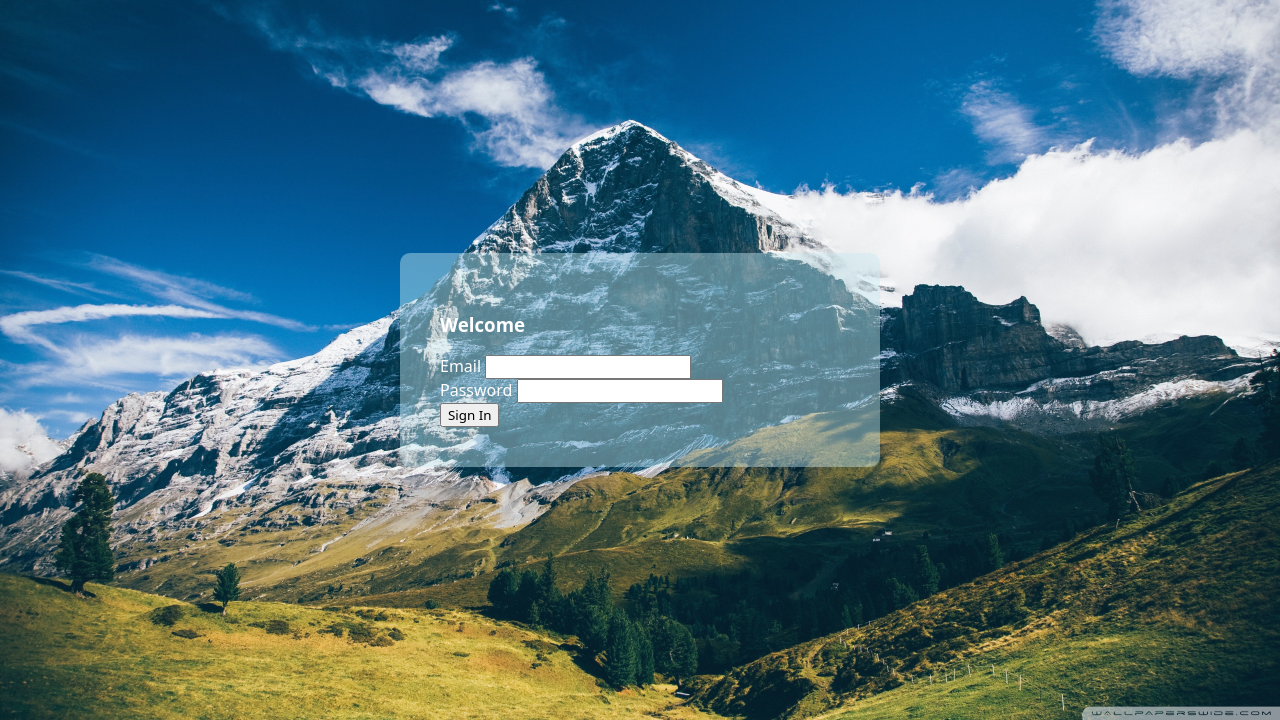
Repository: Szelbi/SimpliestLoginPage
Page: index.html
The author's editor kept a copy of each file at every save. The page is drawn from the files as they stood at one save, then again after the next save.
The browser window is 1280 px wide. The pictures show the whole page.

Above is the page before, as saved 2021-02-04 22:07:45.

After the next save:
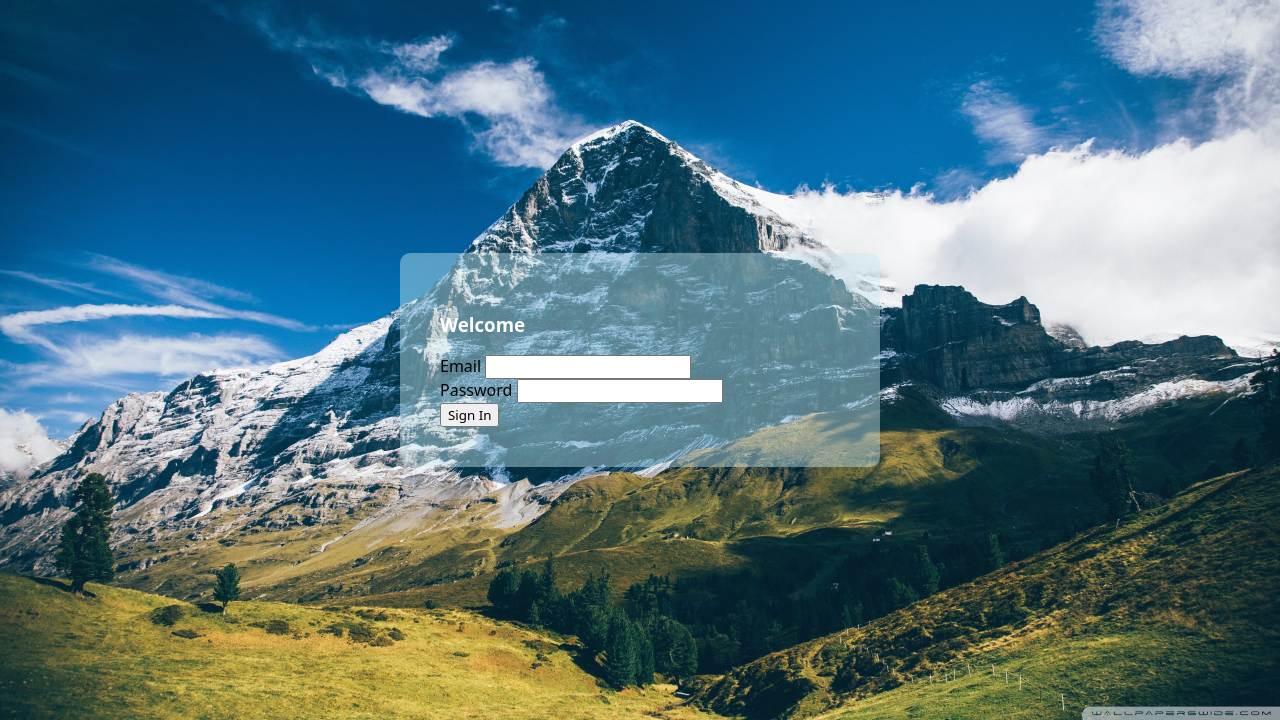
Saved 11 s later.
--- a/style.css
+++ b/style.css
@@ -26,6 +26,6 @@
     border-radius: 10px;
 }
 
-.login-container {
+.login-title {
     color: white;
 }
